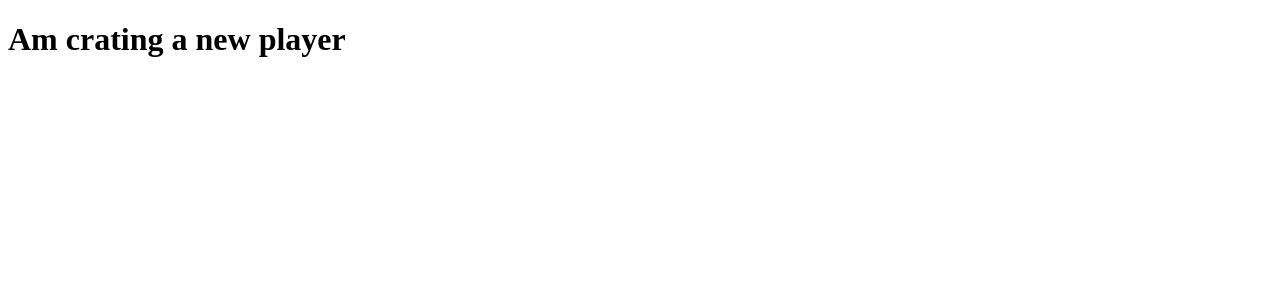
Repository: ohis/JAVAOnTheWeb
Page: http://localhost/TeamRoster/Players
These files come from the project's save history. The page is drawn as it stood at one moment and after the next save; the edit follows.
The browser window is 1280 px wide. The pictures show the whole page.
The page is served by Tomcat 9.

Above is the page before, as saved 2017-12-04 04:23:22.

After the next save:
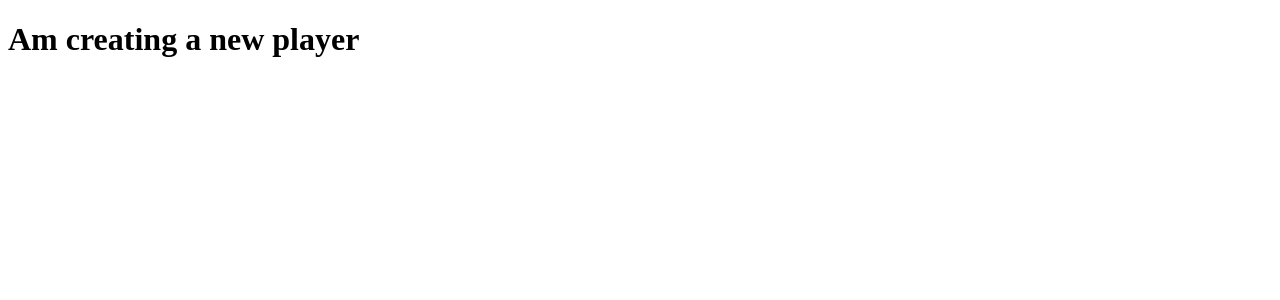
Saved 7 s later.
--- a/servlets/TeamRoster/WebContent/WEB-INF/views/NewPlayer.jsp
+++ b/servlets/TeamRoster/WebContent/WEB-INF/views/NewPlayer.jsp
@@ -7,7 +7,7 @@
 <title>Create a new Player</title>
 </head>
 <body>
-  <h1>Am crating a new player</h1>
+  <h1>Am creating a new player</h1>
 
 </body>
 </html>
